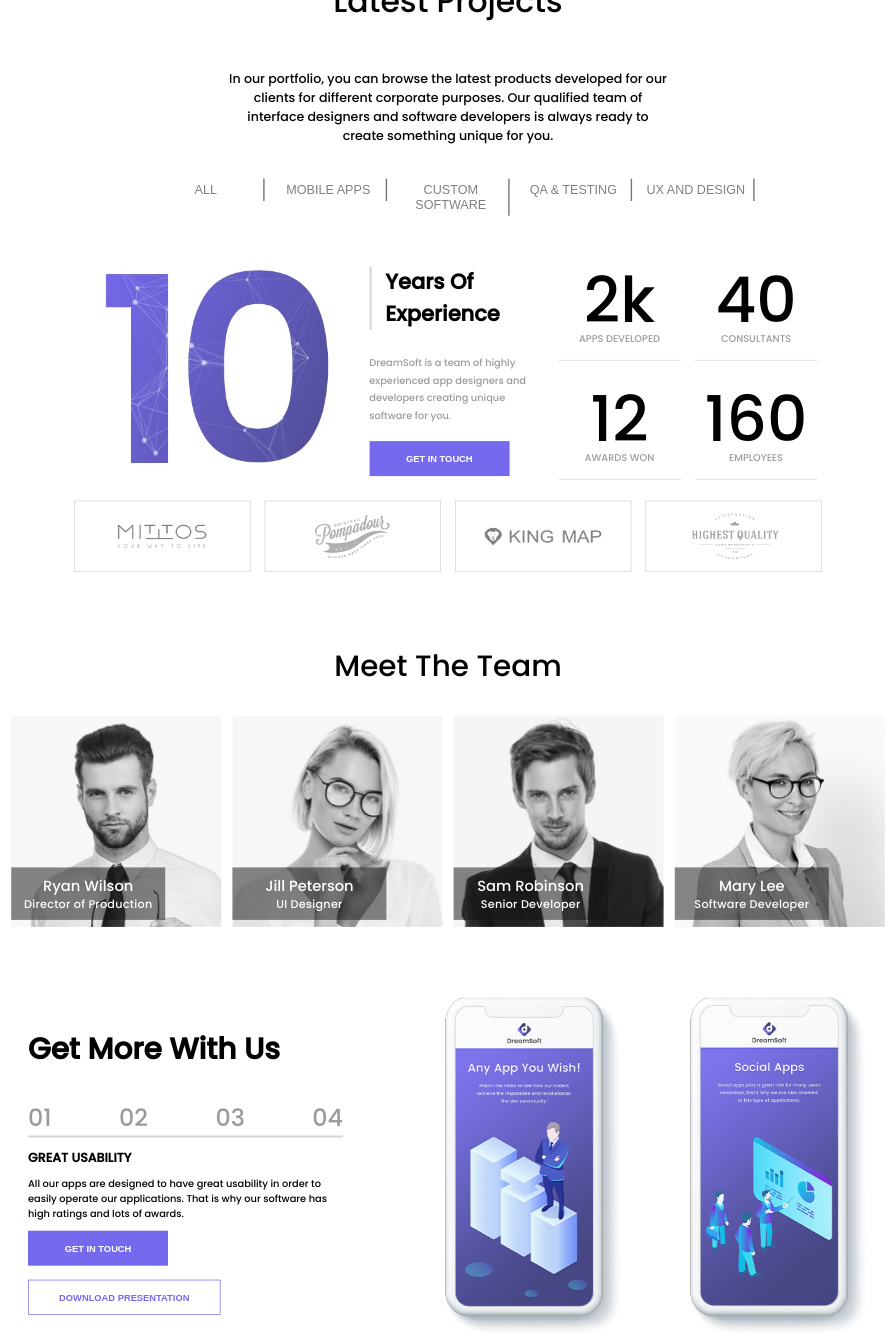
Repository: kkyler24/ladders-bootcamp-awesome
Page: index.html
The author's editor kept a copy of each file at every save. The page is drawn from the files as they stood at one save, then again after the next save.
The browser window is 1280 px wide. The pictures show the part of the page from y = 1453 to 3373 px (the page is 6203 px tall before and 6193 px after), at 70% of full size.

Above is the page before, as saved 2021-03-20 11:00:30.

After the next save:
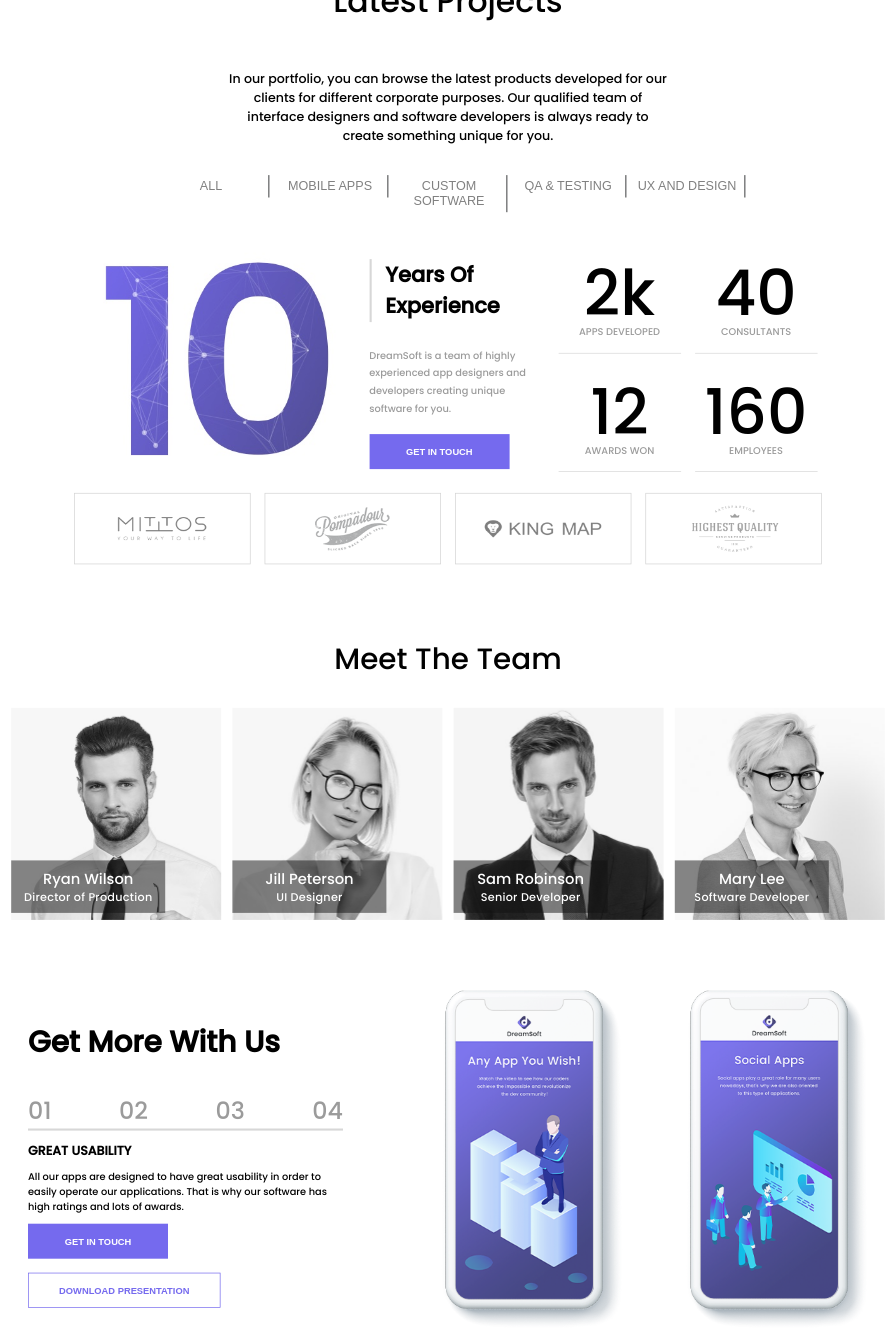
Saved 12 s later.
--- a/kstyle.css
+++ b/kstyle.css
@@ -121,7 +121,7 @@ margin: 3%;
   color: gray;
   font-weight: 200px;
   padding: 3%;
-  margin: 10px;
+  margin: 5px;
   margin-right: 0px;
  font-size: 18px;
  background-color: transparent;
